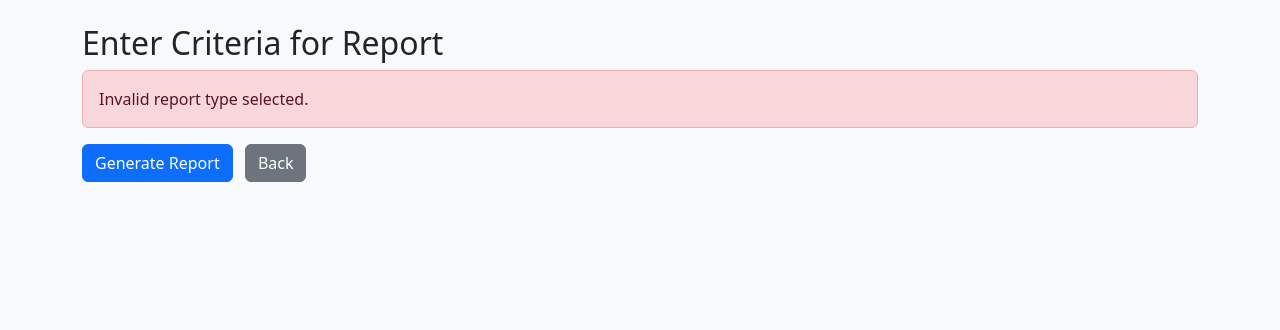
Repository: srushtinb/ProductManagementSystem
Page: http://localhost/ProductManagementSystem/report_form.jsp
The author's editor kept a copy of each file at every save. The page is drawn from the files as they stood at one save, then again after the next save.
The browser window is 1280 px wide. The pictures show the whole page.
Some web libraries are served in a nearby version. The page is served by Tomcat 9. Other server files are loaded and not shown.

Above is the page before, as saved 2025-05-27 20:19:51.

### ProductManagementSystem/src/main/webapp/report_form.jsp
<%@ page contentType="text/html;charset=UTF-8" language="java" %>
<%
    String type = (String) request.getAttribute("type");
%>
<!DOCTYPE html>
<html lang="en">
<head>
    <title>Report Criteria</title>
    <link href="https://cdn.jsdelivr.net/npm/bootstrap@5.4.3/dist/css/bootstrap.min.css" rel="stylesheet">
</head>
<body class="bg-light">
<div class="container py-4">
    <h2>Enter Criteria for Report</h2>
    <form action="ReportServlet" method="post" class="needs-validation" novalidate>
        <input type="hidden" name="type" value="<%= type %>"/>
        <%
            if ("price".equals(type)) {
        %>
            <div class="mb-3">
                <label for="price" class="form-label">Price Greater Than ($)</label>
                <input type="number" step="0.01" class="form-control" id="price" name="price" required min="0">
                <div class="invalid-feedback">Please enter a valid price.</div>
            </div>
        <%
            } else if ("category".equals(type)) {
        %>
            <div class="mb-3">
                <label for="category" class="form-label">Category</label>
                <input type="text" class="form-control" id="category" name="category" required maxlength="50">
                <div class="invalid-feedback">Please enter category.</div>
            </div>
        <%
            } else if ("top".equals(type)) {
        %>
            <div class="mb-3">
                <label for="limit" class="form-label">Top N Products (Quantity)</label>
                <input type="number" class="form-control" id="limit" name="limit" required min="1" max="100">
                <div class="invalid-feedback">Please enter a valid number between 1 and 100.</div>
            </div>
        <%
            } else {
        %>
            <div class="alert alert-danger">Invalid report type selected.</div>
        <%
            }
        %>
        <button type="submit" class="btn btn-primary">Generate Report</button>
        <a href="reports.jsp" class="btn btn-secondary ms-2">Back</a>
    </form>
</div>

<script>
(() => {
  'use strict'
  const forms = document.querySelectorAll('.needs-validation')
  Array.from(forms).forEach(form => {
    form.addEventListener('submit', event => {
      if(!form.checkValidity()) {
        event.preventDefault()
        event.stopPropagation()
      }
      form.classList.add('was-validated')
    }, false)
  })
})()
</script>

</body>
</html>

After the next save:
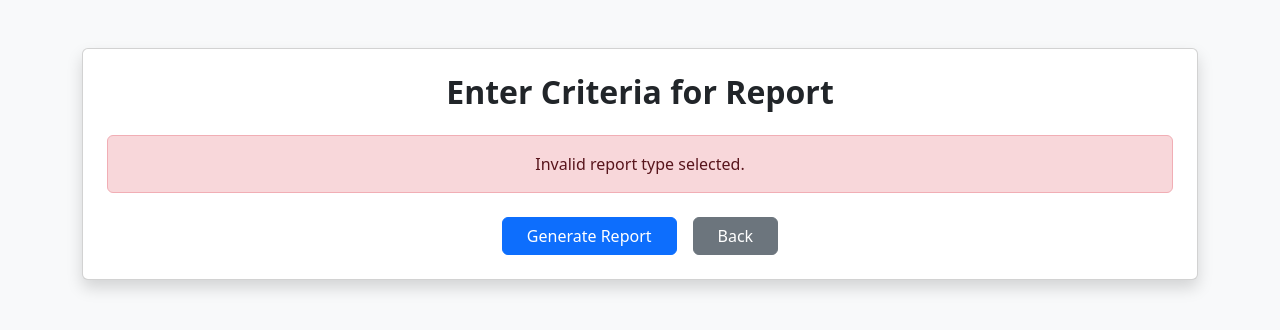
Saved 61 s later.
--- a/ProductManagementSystem/src/main/webapp/report_form.jsp
+++ b/ProductManagementSystem/src/main/webapp/report_form.jsp
@@ -5,64 +5,71 @@
 <!DOCTYPE html>
 <html lang="en">
 <head>
-    <title>Report Criteria</title>
+    <meta charset="UTF-8">
+    <title>Enter Report Criteria</title>
     <link href="https://cdn.jsdelivr.net/npm/bootstrap@5.4.3/dist/css/bootstrap.min.css" rel="stylesheet">
 </head>
 <body class="bg-light">
-<div class="container py-4">
-    <h2>Enter Criteria for Report</h2>
-    <form action="ReportServlet" method="post" class="needs-validation" novalidate>
-        <input type="hidden" name="type" value="<%= type %>"/>
-        <%
-            if ("price".equals(type)) {
-        %>
-            <div class="mb-3">
-                <label for="price" class="form-label">Price Greater Than ($)</label>
-                <input type="number" step="0.01" class="form-control" id="price" name="price" required min="0">
-                <div class="invalid-feedback">Please enter a valid price.</div>
+<div class="container py-5">
+    <div class="card shadow p-4">
+        <h2 class="text-center fw-bold mb-4">Enter Criteria for Report</h2>
+
+        <form action="ReportServlet" method="post" class="needs-validation" novalidate>
+            <input type="hidden" name="type" value="<%= type %>"/>
+            <%
+                if ("price".equals(type)) {
+            %>
+                <div class="mb-3">
+                    <label for="price" class="form-label">Price Greater Than ($)</label>
+                    <input type="number" step="0.01" class="form-control" id="price" name="price" required min="0">
+                    <div class="invalid-feedback">Please enter a valid price greater than 0.</div>
+                </div>
+            <%
+                } else if ("category".equals(type)) {
+            %>
+                <div class="mb-3">
+                    <label for="category" class="form-label">Category</label>
+                    <input type="text" class="form-control" id="category" name="category" required maxlength="50">
+                    <div class="invalid-feedback">Please enter a valid category.</div>
+                </div>
+            <%
+                } else if ("top".equals(type)) {
+            %>
+                <div class="mb-3">
+                    <label for="limit" class="form-label">Top N Products (by Quantity)</label>
+                    <input type="number" class="form-control" id="limit" name="limit" required min="1" max="100">
+                    <div class="invalid-feedback">Please enter a number between 1 and 100.</div>
+                </div>
+            <%
+                } else {
+            %>
+                <div class="alert alert-danger text-center">Invalid report type selected.</div>
+            <%
+                }
+            %>
+
+            <div class="d-flex justify-content-center mt-4">
+                <button type="submit" class="btn btn-primary px-4">Generate Report</button>
+                <a href="reports.jsp" class="btn btn-secondary ms-3 px-4">Back</a>
             </div>
-        <%
-            } else if ("category".equals(type)) {
-        %>
-            <div class="mb-3">
-                <label for="category" class="form-label">Category</label>
-                <input type="text" class="form-control" id="category" name="category" required maxlength="50">
-                <div class="invalid-feedback">Please enter category.</div>
-            </div>
-        <%
-            } else if ("top".equals(type)) {
-        %>
-            <div class="mb-3">
-                <label for="limit" class="form-label">Top N Products (Quantity)</label>
-                <input type="number" class="form-control" id="limit" name="limit" required min="1" max="100">
-                <div class="invalid-feedback">Please enter a valid number between 1 and 100.</div>
-            </div>
-        <%
-            } else {
-        %>
-            <div class="alert alert-danger">Invalid report type selected.</div>
-        <%
-            }
-        %>
-        <button type="submit" class="btn btn-primary">Generate Report</button>
-        <a href="reports.jsp" class="btn btn-secondary ms-2">Back</a>
-    </form>
+        </form>
+    </div>
 </div>
 
 <script>
 (() => {
-  'use strict'
-  const forms = document.querySelectorAll('.needs-validation')
+  'use strict';
+  const forms = document.querySelectorAll('.needs-validation');
   Array.from(forms).forEach(form => {
     form.addEventListener('submit', event => {
-      if(!form.checkValidity()) {
-        event.preventDefault()
-        event.stopPropagation()
+      if (!form.checkValidity()) {
+        event.preventDefault();
+        event.stopPropagation();
       }
-      form.classList.add('was-validated')
-    }, false)
-  })
-})()
+      form.classList.add('was-validated');
+    }, false);
+  });
+})();
 </script>
 
 </body>

After the save that followed:
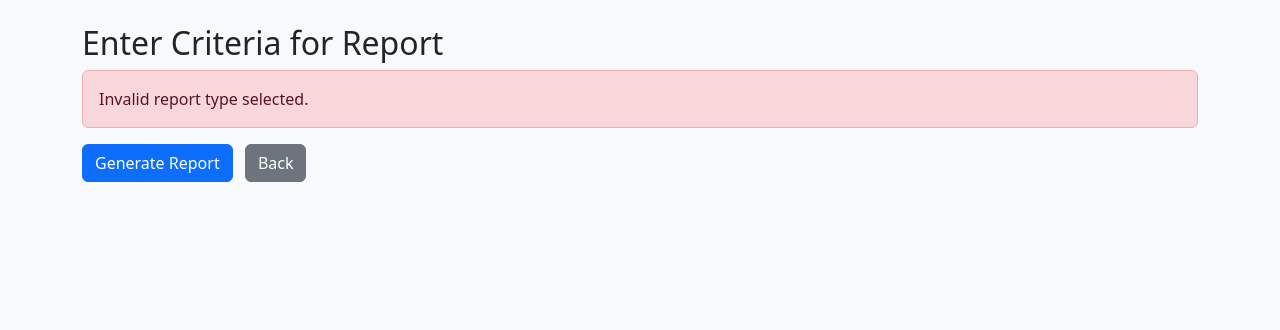
Saved 62 s later.
--- a/ProductManagementSystem/src/main/webapp/report_form.jsp
+++ b/ProductManagementSystem/src/main/webapp/report_form.jsp
@@ -5,71 +5,64 @@
 <!DOCTYPE html>
 <html lang="en">
 <head>
-    <meta charset="UTF-8">
-    <title>Enter Report Criteria</title>
+    <title>Report Criteria</title>
     <link href="https://cdn.jsdelivr.net/npm/bootstrap@5.4.3/dist/css/bootstrap.min.css" rel="stylesheet">
 </head>
 <body class="bg-light">
-<div class="container py-5">
-    <div class="card shadow p-4">
-        <h2 class="text-center fw-bold mb-4">Enter Criteria for Report</h2>
-
-        <form action="ReportServlet" method="post" class="needs-validation" novalidate>
-            <input type="hidden" name="type" value="<%= type %>"/>
-            <%
-                if ("price".equals(type)) {
-            %>
-                <div class="mb-3">
-                    <label for="price" class="form-label">Price Greater Than ($)</label>
-                    <input type="number" step="0.01" class="form-control" id="price" name="price" required min="0">
-                    <div class="invalid-feedback">Please enter a valid price greater than 0.</div>
-                </div>
-            <%
-                } else if ("category".equals(type)) {
-            %>
-                <div class="mb-3">
-                    <label for="category" class="form-label">Category</label>
-                    <input type="text" class="form-control" id="category" name="category" required maxlength="50">
-                    <div class="invalid-feedback">Please enter a valid category.</div>
-                </div>
-            <%
-                } else if ("top".equals(type)) {
-            %>
-                <div class="mb-3">
-                    <label for="limit" class="form-label">Top N Products (by Quantity)</label>
-                    <input type="number" class="form-control" id="limit" name="limit" required min="1" max="100">
-                    <div class="invalid-feedback">Please enter a number between 1 and 100.</div>
-                </div>
-            <%
-                } else {
-            %>
-                <div class="alert alert-danger text-center">Invalid report type selected.</div>
-            <%
-                }
-            %>
-
-            <div class="d-flex justify-content-center mt-4">
-                <button type="submit" class="btn btn-primary px-4">Generate Report</button>
-                <a href="reports.jsp" class="btn btn-secondary ms-3 px-4">Back</a>
+<div class="container py-4">
+    <h2>Enter Criteria for Report</h2>
+    <form action="ReportServlet" method="post" class="needs-validation" novalidate>
+        <input type="hidden" name="type" value="<%= type %>"/>
+        <%
+            if ("price".equals(type)) {
+        %>
+            <div class="mb-3">
+                <label for="price" class="form-label">Price Greater Than ($)</label>
+                <input type="number" step="0.01" class="form-control" id="price" name="price" required min="0">
+                <div class="invalid-feedback">Please enter a valid price.</div>
             </div>
-        </form>
-    </div>
+        <%
+            } else if ("category".equals(type)) {
+        %>
+            <div class="mb-3">
+                <label for="category" class="form-label">Category</label>
+                <input type="text" class="form-control" id="category" name="category" required maxlength="50">
+                <div class="invalid-feedback">Please enter category.</div>
+            </div>
+        <%
+            } else if ("top".equals(type)) {
+        %>
+            <div class="mb-3">
+                <label for="limit" class="form-label">Top N Products (Quantity)</label>
+                <input type="number" class="form-control" id="limit" name="limit" required min="1" max="100">
+                <div class="invalid-feedback">Please enter a valid number between 1 and 100.</div>
+            </div>
+        <%
+            } else {
+        %>
+            <div class="alert alert-danger">Invalid report type selected.</div>
+        <%
+            }
+        %>
+        <button type="submit" class="btn btn-primary">Generate Report</button>
+        <a href="reports.jsp" class="btn btn-secondary ms-2">Back</a>
+    </form>
 </div>
 
 <script>
 (() => {
-  'use strict';
-  const forms = document.querySelectorAll('.needs-validation');
+  'use strict'
+  const forms = document.querySelectorAll('.needs-validation')
   Array.from(forms).forEach(form => {
     form.addEventListener('submit', event => {
-      if (!form.checkValidity()) {
-        event.preventDefault();
-        event.stopPropagation();
+      if(!form.checkValidity()) {
+        event.preventDefault()
+        event.stopPropagation()
       }
-      form.classList.add('was-validated');
-    }, false);
-  });
-})();
+      form.classList.add('was-validated')
+    }, false)
+  })
+})()
 </script>
 
 </body>
